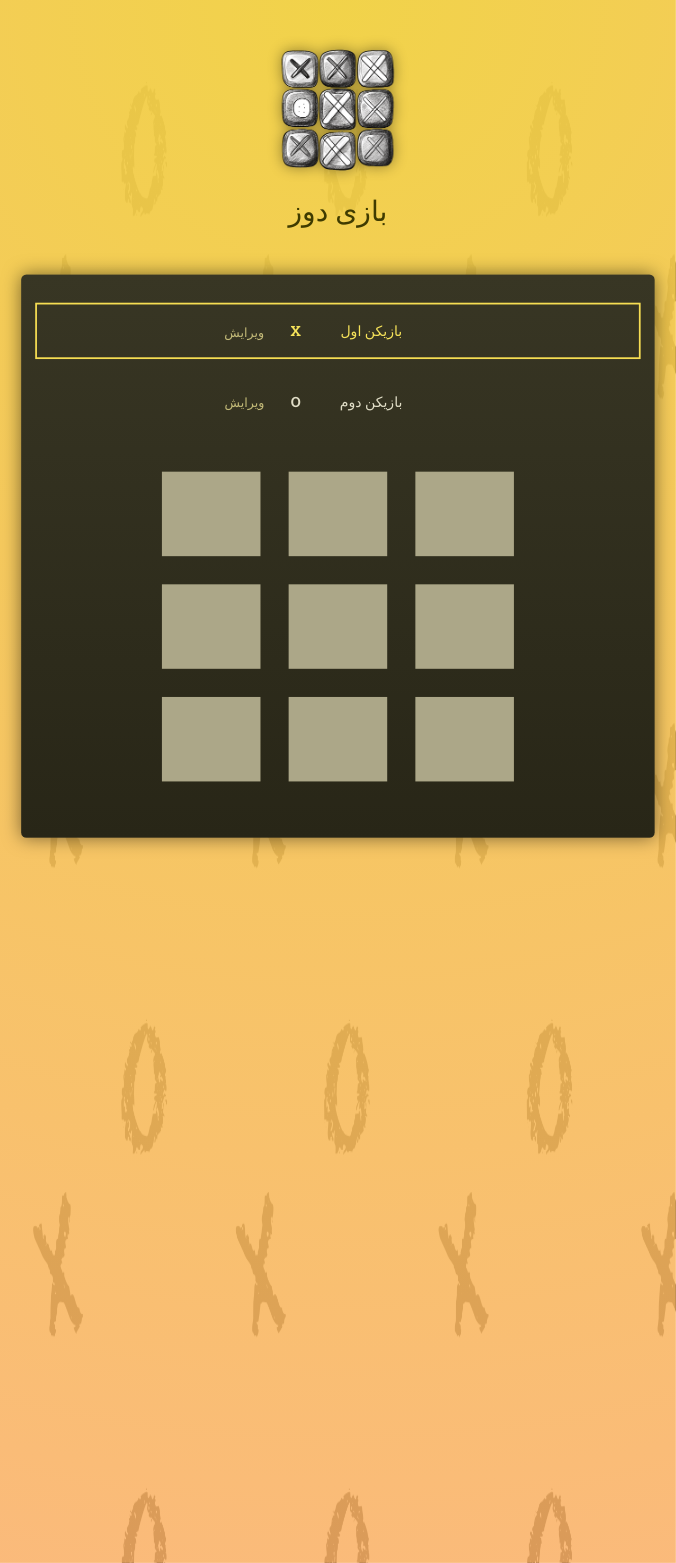
Repository: H-ala/react-tic-toc-toe
Page: /
These files come from the project's save history. The page is drawn as it stood at one moment and after the next save; the edit follows.
The browser window is 768 px wide. The pictures show the whole page, at 88% of full size.
Some web fonts or font styles are not loaded; a fallback is used. The project was rebuilt for these pictures with package versions that can differ from the ones it lists, and the page was loaded fresh each time. Also part of the build but not shown: vite.config.js, src/components/GameOver.jsx.

Above is the page before, as saved 2025-10-21 18:20:58.

### index.html
<!DOCTYPE html>
<html lang="en">
  <head>
    <meta charset="UTF-8" />
    <link rel="icon" type="image/svg+xml" href="/game-logo.png" />
    <meta name="viewport" content="width=device-width, initial-scale=1.0" />
    <title>React Tic-Tac-Toe</title>
  </head>
  <body>
    <header>
      <img src="game-logo.png" alt="main picture">
      <h1>بازی دوز</h1>
    </header>
    <div id="root"></div>
    <script type="module" src="/src/index.jsx"></script>
  </body>
</html>

### src/App.jsx
import { WINNING_COMBINATIONS } from "./winning_combinations.js";
import { useState } from "react";
import GameBoard from "./components/GameBoard.jsx";
import GameOver from "./components/GameOver.jsx";
import Player from "./components/Player.jsx";
import Log from "./components/Log.jsx";

const PLAYERS = {
    X: "بازیکن اول",
    O: "بازیکن دوم",
  }

const INITIAL_GAME_BOARD = [
  [null, null, null],
  [null, null, null],
  [null, null, null],
];

function deriveActivePlayer(gameTurns) {
  let currentPlayer = "X";
  if (gameTurns.length > 0 && gameTurns[0].player === "X") {
    currentPlayer = "O";
  }
  return currentPlayer;
}

function deriveGameBoard(gameTurns) {
  let gameBoard = [...INITIAL_GAME_BOARD.map((innerArray) => [...innerArray])];

  for (const turn of gameTurns) {
    const { square, player } = turn;
    const { row, col } = square;

    gameBoard[row][col] = player;
  }
  return gameBoard
}

function deriveWinner(gameBoard, players) {
  let winner;

  for (const combination of WINNING_COMBINATIONS) {
    const firstSquareSymbol =
      gameBoard[combination[0].row][combination[0].column];
    const secondSquareSymbol =
      gameBoard[combination[1].row][combination[1].column];
    const thirdSquareSymbol =
      gameBoard[combination[2].row][combination[2].column];

    if (
      firstSquareSymbol &&
      firstSquareSymbol === secondSquareSymbol &&
      firstSquareSymbol === thirdSquareSymbol
    ) {
      winner = players[firstSquareSymbol];
    }
  }

  return winner;
}

function App() {
  const [players, setplayers] = useState(PLAYERS);
  const [gameTurns, setGameTurns] = useState([]);

  const activePlayer = deriveActivePlayer(gameTurns);

  const gameBoard = deriveGameBoard(gameTurns);
  const winner = deriveWinner(gameBoard, players);
  const isDraw = gameTurns.length === 9 && !winner;

  function handleSelectSquare(rowIndex, colIndex) {
    setGameTurns((prevTurns) => {
      const currentPlayer = deriveActivePlayer(prevTurns);
      const updatedTurns = [
        {
          square: { row: rowIndex, col: colIndex },
          player: currentPlayer,
        },
        ...prevTurns,
      ];
      return updatedTurns;
    });
  }

  function handlePlayerName(symbol, newName) {
    setplayers((prevPlayers) => {
      return {
        ...prevPlayers,
        [symbol]: newName,
      };
    });
  }

  function handleRestart() {
    setGameTurns([]);
  }
  return (
    <main>
      <div id="game-container">
        <ol id="players" className="highlight-player">
          <Player
            initialName={PLAYERS.X}
            symbol="X"
            isActive={activePlayer === "X"}
            onChangeName={handlePlayerName}
          />
          <Player
            initialName={PLAYERS.O}
            symbol="O"
            isActive={activePlayer === "O"}
            onChangeName={handlePlayerName}
          />
        </ol>
        {(winner || isDraw) && (
          <GameOver winner={winner} onRestart={handleRestart} />
        )}
        <GameBoard onSelectSquare={handleSelectSquare} board={gameBoard} />
      </div>
      <Log turns={gameTurns} />
    </main>
  );
}

export default App;

### src/index.css
@import url("https://fonts.googleapis.com/css2?family=Caprasimo&family=Roboto+Slab:wght@400;700&display=swap");

* {
  box-sizing: border-box;
}

html {
  font-family: "Roboto Slab", sans-serif;
  line-height: 1.5;

  color: #ebe7ef;

  font-synthesis: none;
  text-rendering: optimizeLegibility;
  -webkit-font-smoothing: antialiased;
  -moz-osx-font-smoothing: grayscale;
  -webkit-text-size-adjust: 100%;
}

body {
  background: radial-gradient(
      circle at top,
      rgba(241, 210, 70, 0.98),
      rgba(250, 176, 103, 0.87)
    ),
    url("bg-pattern-dark.png");
  background-repeat: repeat;
  background-size: 100% 100%, 30% 30%, 100% 100%;
  min-height: 110rem;
  direction: rtl;
}

header {
  text-align: center;
}

header img {
  width: 8rem;
  object-fit: contain;
  margin: 3rem auto 1rem auto;
  filter: drop-shadow(0 0 8px rgba(0, 0, 0, 0.4));
}

h1 {
  font-family: "Caprasimo", cursive;
  font-size: 3rem;
  margin: 0 auto 3rem auto;
  color: #3f3b00;
}

#game-container {
  max-width: 45rem;
  margin: 3rem auto;
  padding: 2rem;
  border-radius: 6px;
  background: linear-gradient(#383624, #282617);
  box-shadow: 0 0 20px rgba(0, 0, 0, 0.5);
  position: relative;
}

#players {
  list-style: none;
  padding: 0;
  margin: 1rem 0;
  display: flex;
  justify-content: center;
  align-items: center;
  gap: 2rem;
}

#players li {
  display: flex;
  align-items: center;
  width: 50%;
  border: 2px solid transparent;
}

#players.highlight-player li.active {
  border-color: #f6e35a;
  animation: pulse 2s infinite ease-in-out;
}

#players.highlight-player li.active .player-name,
#players.highlight-player li.active .player-symbol {
  color: #f6e35a;
}

#players button {
  width: 3rem;
  border: none;
  background: none;
  color: #c3ba78;
  font-size: 0.9rem;
  cursor: pointer;
  transition: color 0.2s;
  padding: 0.5rem 0.25rem 0.25rem 0.25rem;
  text-align: center;
}

#players button:hover {
  color: #f8ca31;
}

.player {
  border: 2px solid transparent;
  padding: 0.5rem;
  border-radius: 4px;
  font-weight: bold;
}

.player-name {
  display: inline-block;
  width: 10rem;
  font-size: 1rem;
  color: #e1dec7;
  text-transform: uppercase;
  margin: 0;
  padding: 0.5rem;
  border-radius: 4px;
  text-overflow: ellipsis;
  text-align: center;
}

.player input {
  font: inherit;
  font-size: 1rem;
  width: 10rem;
  border: none;
  padding: 0.5rem;
  animation: pulse-text 2s infinite;
  background-color: #46432f;
  text-align: center;
  text-transform: uppercase;
}

.player-symbol {
  margin-left: 1rem;
  font-size: 1rem;
  color: #e1dec7;
}

ol {
  list-style: none;
  margin: 0;
  padding: 0;
}

#pre-game {
  text-align: center;
}

#pre-game button {
  cursor: pointer;
  background: none;
  color: #f8c031;
  border: none;
  font-family: "Caprasimo", cursive;
  font-size: 4rem;
  text-shadow: 0 0 12px rgba(0, 0, 0, 0.7);
  animation: pulse-text-size 2s infinite ease-out;
}

#game-board {
  display: flex;
  flex-wrap: wrap;
  justify-content: center;
  gap: 2rem;
  margin: 3rem 0;
  padding: 0;
  flex-direction: column;
}

#game-board ol {
  display: flex;
  flex-wrap: wrap;
  justify-content: center;
  gap: 2rem;
  margin: 0;
  padding: 0;
}

#game-board button {
  width: 8rem;
  height: 8rem;
  border: none;
  background: #aca788;
  color: #3f3b00;
  font-size: 5rem;
  cursor: pointer;
  font-family: "Caprasimo", cursive;
  padding: 1rem;
}

#game-over {
  position: absolute;
  top: 0;
  left: 0;
  width: 100%;
  height: 100%;
  display: flex;
  flex-direction: column;
  justify-content: center;
  align-items: center;
  background-color: rgba(40, 38, 23, 0.95);
  animation: pop-in 0.5s cubic-bezier(0.68, -0.55, 0.65, 0.52) forwards;
}

#game-over h2 {
  font-family: "Caprasimo", cursive;
  font-size: 4rem;
  text-align: center;
  color: #fcd256;
  margin: 0;
}

#game-over p {
  font-size: 2rem;
  text-align: center;
  color: #e1dec7;
}

#game-over button {
  display: block;
  margin: 0 auto;
  font-size: 1.5rem;
  background: none;
  border: 2px solid #fcd256;
  color: #fcd256;
  padding: 0.5rem 1rem;
  border-radius: 4px;
  cursor: pointer;
  transition: all 0.2s, color 0.2s;
  box-shadow: 0 0 8px rgba(255, 187, 0, 0.4);
}

#game-over button:hover {
  background: #fcd256;
  color: #3f3b00;
  transform: scale(1.1);
  box-shadow: 0 0 20px rgba(255, 187, 0, 0.8);
}

#log {
  max-width: 20rem;
  color: #3f3b00;
  list-style: none;
  margin: 2rem auto;
  padding: 0;
  text-align: center;
}

#log li {
  border-radius: 4px;
  animation: slide-in-from-left 1s cubic-bezier(0.075, 0.82, 0.165, 1) forwards;
  margin: 0.75rem;
}

#log li.highlighted {
  background-color: #3f3b00;
  color: white;
}

#game-hints {
  text-align: center;
  color: #46432f;
}

#game-hints h2 {
  font-family: "Caprasimo", cursive;
  font-size: 2rem;
  margin: 0;
}

#game-hints ul {
  list-style: none;
  padding: 0;
  margin: 0;
}

#game-hints button {
  cursor: pointer;
  border: none;
  background: transparent;
  color: #23221f;
  font: inherit;
  margin-top: 1.5rem;
}

@keyframes slide-in-from-left {
  0% {
    opacity: 0;
    transform: translateX(-30%);
  }
  100% {
    opacity: 1;
    transform: translateX(0);
  }
}

@keyframes pulse-text {
  0% {
    color: #e1dec7;
  }
  50% {
    color: #9f9d83;
  }
  100% {
    color: #e1dec7;
  }
}

@keyframes pulse-text-size {
  0% {
    transform: scale(1);
  }
  50% {
    transform: scale(1.05);
  }
  100% {
    transform: scale(1);
  }
}

@keyframes pulse {
  0% {
    border-color: #f6e35a;
    box-shadow: 0 0 0 0 rgba(246, 227, 90, 0.4);
  }
  50% {
    border-color: #f8c031;
    box-shadow: 0 0 0 0.5rem rgba(248, 165, 49, 0);
  }
  100% {
    border-color: #f6e35a;
    box-shadow: 0 0 0 0 rgba(246, 227, 90, 0);
  }
}

/* Fancy animation for showing the "Game Over" element */
@keyframes pop-in {
  0% {
    transform: scale(0);
    opacity: 0;
  }
  80% {
    transform: scale(1.1);
    opacity: 1;
  }
  100% {
    transform: scale(1);
  }
}

@media (max-width: 768px) {
  h1 {
    font-size: 2rem;
  }

  #game-container {
    padding: 1rem;
    margin: 1rem;
  }

  #players {
    flex-direction: column;
    gap: 1rem;
  }

  #players li {
    width: 100%;
    align-items: center;
    justify-content: center;
  }

  #game-board button {
    width: 7rem;
    height: 6rem;
    font-size: 2.5rem;
  }

  #pre-game button {
    font-size: 2.5rem;
  }

  #game-over h2 {
    font-size: 2.5rem;
  }

  #game-over p {
    font-size: 1.2rem;
  }
}

### src/winning_combinations.js
export const WINNING_COMBINATIONS = [
  [
    { row: 0, column: 0 },
    { row: 0, column: 1 },
    { row: 0, column: 2 },
  ],
  [
    { row: 1, column: 0 },
    { row: 1, column: 1 },
    { row: 1, column: 2 },
  ],
  [
    { row: 2, column: 0 },
    { row: 2, column: 1 },
    { row: 2, column: 2 },
  ],
  [
    { row: 0, column: 0 },
    { row: 1, column: 0 },
    { row: 2, column: 0 },
  ],
  [
    { row: 0, column: 1 },
    { row: 1, column: 1 },
    { row: 2, column: 1 },
  ],
  [
    { row: 0, column: 2 },
    { row: 1, column: 2 },
    { row: 2, column: 2 },
  ],
  [
    { row: 0, column: 0 },
    { row: 1, column: 1 },
    { row: 2, column: 2 },
  ],
  [
    { row: 0, column: 2 },
    { row: 1, column: 1 },
    { row: 2, column: 0 },
  ],
];

### src/components/Player.jsx
import { useState } from "react";

export default function ({ initialName, symbol, isActive, onChangeName }) {
  const [playerName, setplayerName] = useState(initialName);
  const [isEditting, setIsEditting] = useState(false);

  function handleEditClick() {
    setIsEditting((editting) => !editting);
    if (isEditting) {
      onChangeName(symbol, playerName);
    }
  }

  function handleChange(event) {
    setplayerName(event.target.value);
  }

  let edittablePlayerName = <span className="player-name">{playerName}</span>;
  if (isEditting) {
    edittablePlayerName = (
      <input type="text" required value={playerName} onChange={handleChange} />
    );
  }
  return (
    <li className={isActive ? "active" : undefined}>
      <span className="player">
        {edittablePlayerName}
        <span className="player-symbol">{symbol}</span>
      </span>
      <button onClick={handleEditClick}>{isEditting ? "ذخیره" : "ویرایش"} </button>
    </li>
  );
}

### src/components/Log.jsx
export default function Log({ turns }) {
  return (
    <ol id="log">
      {turns.map((turn) => (
        <li key={`${turn.square.row}${turn.square.col}`}>
          {turn.player} ردیف {turn.square.row + 1} و ستون {turn.square.col + 1}{" "}
          را انتخاب کرد
        </li>
      ))}
    </ol>
  );
}

Loaded but not shown: src/index.jsx (common file); src/components/GameBoard.jsx (common file)

After the next save:
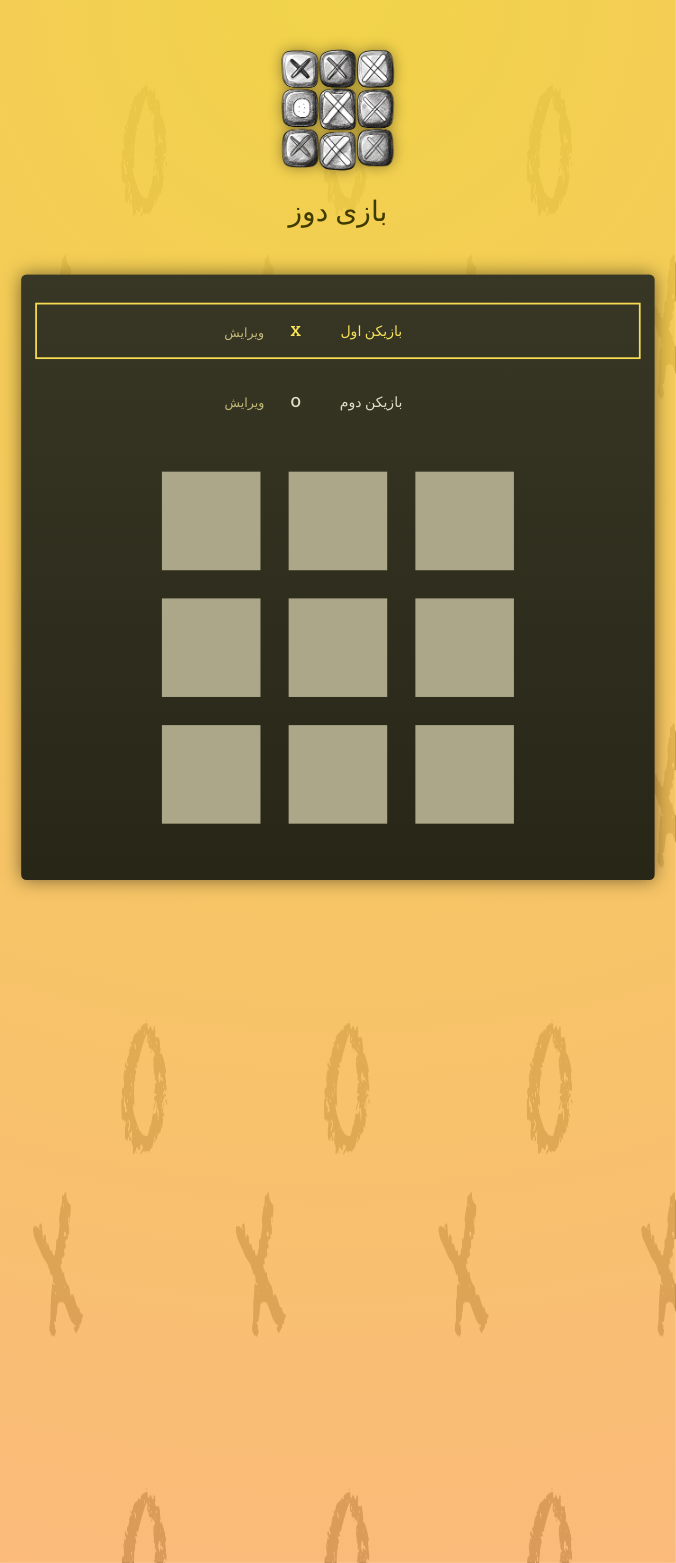
Saved 10 s later.
--- a/src/index.css
+++ b/src/index.css
@@ -374,8 +374,8 @@ ol {
 
   #game-board button {
     width: 7rem;
-    height: 6rem;
-    font-size: 2.5rem;
+    height: 7rem;
+    font-size: 3.5rem;
   }
 
   #pre-game button {
